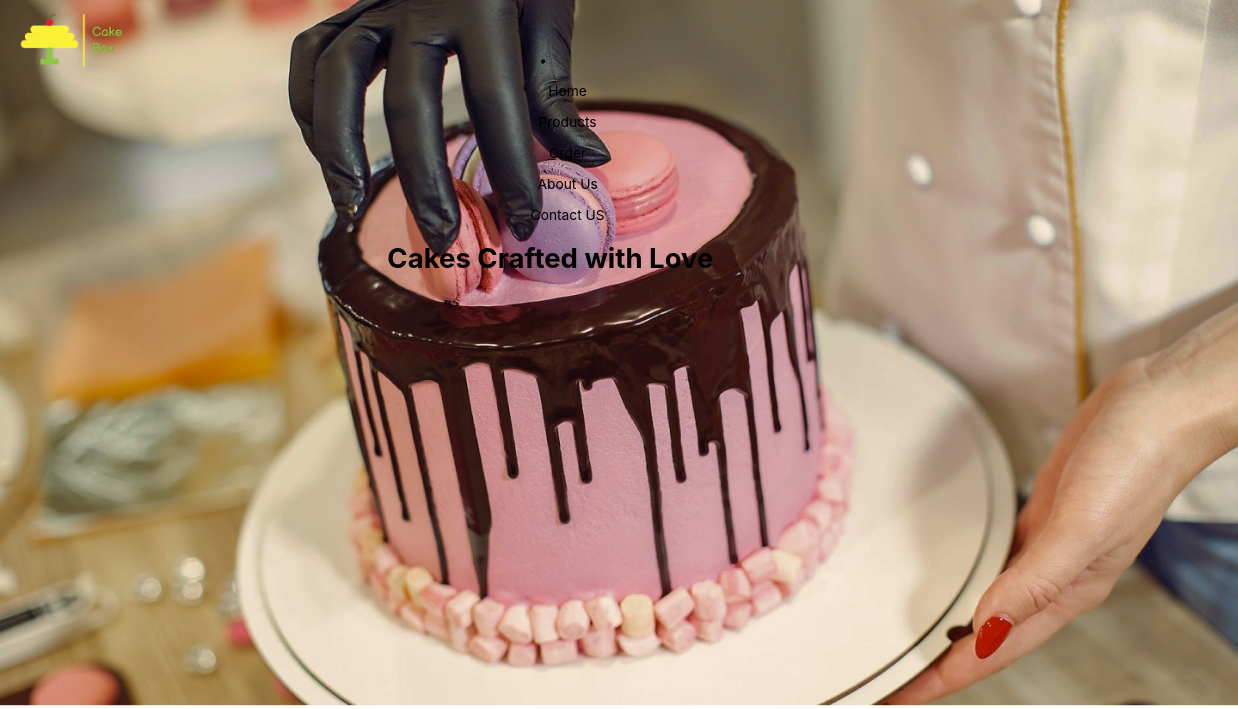
Repository: MEROO1010/cake-box
Page: /
The author's editor kept a copy of each file at every save. The page is drawn from the files as they stood at one save, then again after the next save.
The browser window is 1280 px wide. The page is 1440 px wide, so the pictures cover 1440 px, including what lies to the right of the window. The pictures show the whole page, at 86% of full size.
The project was rebuilt for these pictures with package versions that can differ from the ones it lists, and the page was loaded fresh each time.

Above is the page before, as saved 2023-10-22 12:51:51.

### src/App.js
import './App.css';
import HomePage from './components/HomePage';

function App() {
  return (
    <div className="App">
      <HomePage/>
    </div>
  );
}

export default App;

### src/components/HomePage.jsx
import React from 'react';
import homePageImage from '../images/HomePage.png';
import logo from '../images/cake box.png'
import styled from 'styled-components';

const HomePage = () => {
  return (
    <Container>
      <IMAGE>
        <img src={homePageImage} alt='Home Page' />
      </IMAGE>

      {/*add the logo*/}
      <LOGO>
        <img src={logo} alt="logo design" />
      </LOGO>

      {/*Add the header*/}
      <div>
        <li>
          <ul>Home</ul>
          <ul>Products</ul>
          <ul>Order</ul>
          <ul>About Us</ul>
          <ul>Contact US</ul>
        </li>
      </div>


      {/*Add the h1*/}
      <div>
        <h1>Cakes Crafted with Love</h1>
      </div>
    </Container>
  );
};

export default HomePage;

const Container = styled.div`

`

const IMAGE = styled.div `
   height: 60px;
   max-width: 100%;
   object-fit: contain;
   margin-right: 90px;
   background-position: cover;


`

const LOGO = styled.div `
  top: 0;
  left: 0;
  margin:16px 24px;
  position: absolute;
`

Loaded but not shown: public/index.html (common file); src/index.js (common file); src/index.css (common file); src/App.css (common file)

After the next save:
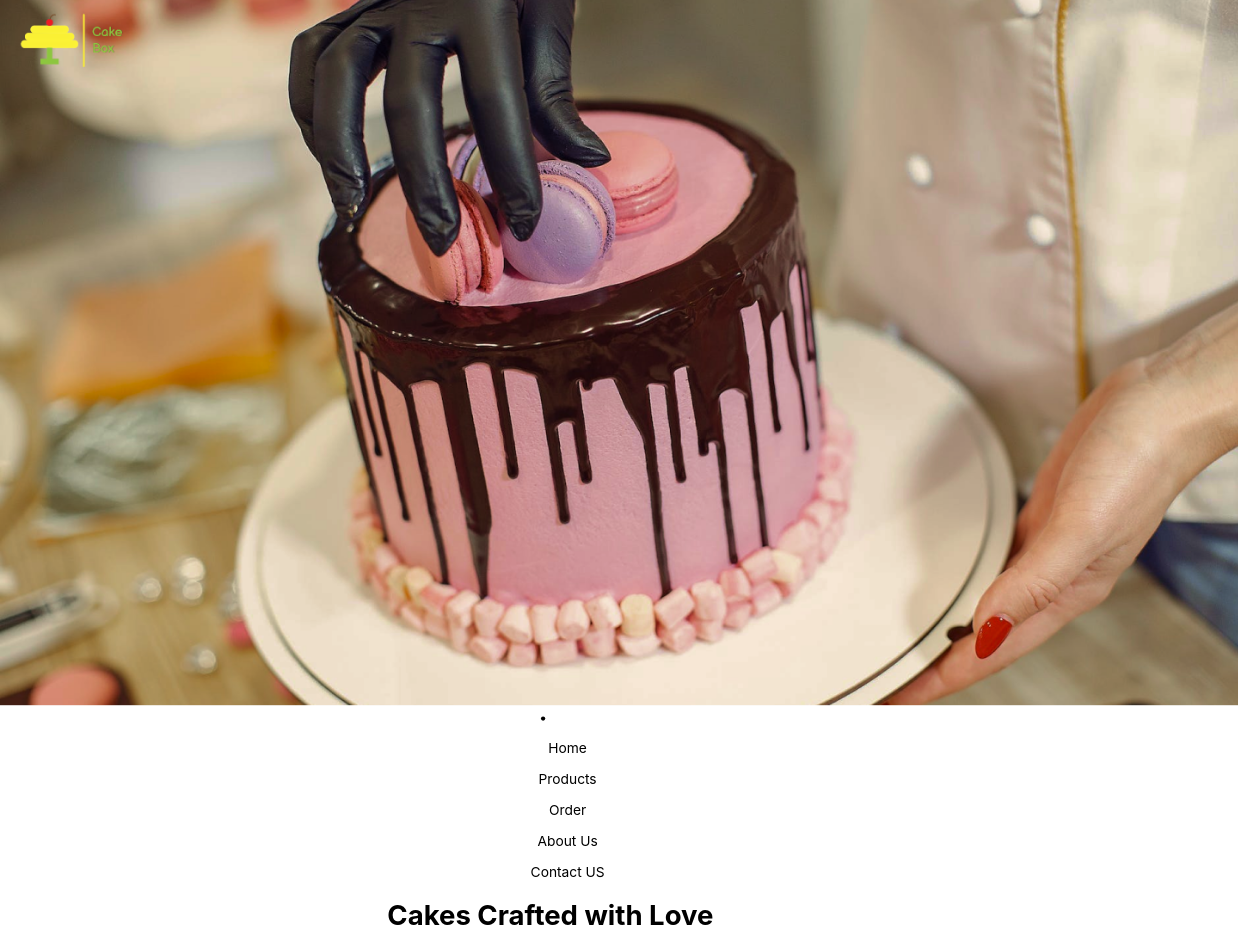
Saved 29 s later.
--- a/src/components/HomePage.jsx
+++ b/src/components/HomePage.jsx
@@ -48,6 +48,14 @@
    margin-right: 90px;
    background-position: cover;
 
+   max-width:100%;
+ width: 100%;
+ height: 100%;
+ background-size: cover;
+ background-position: center;
+ background-repeat: no-repeat;
+
+
 
 `
 
